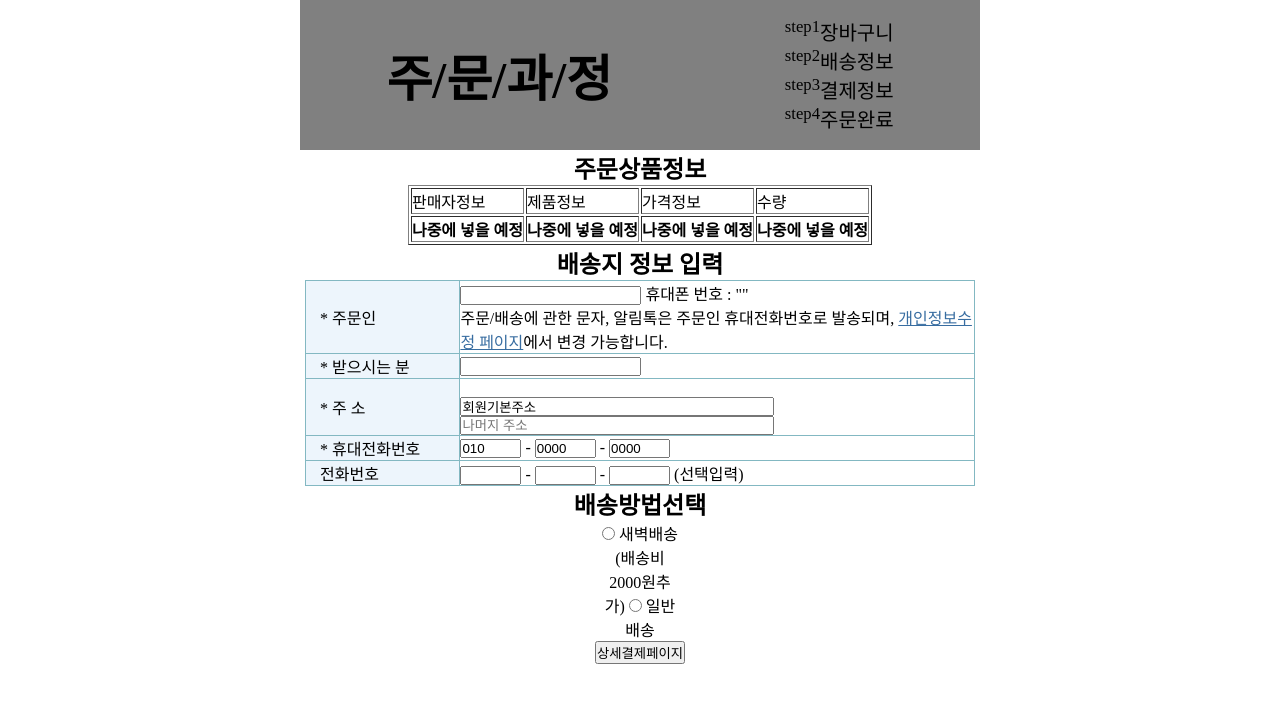
Repository: kym-1000/book
Page: http://localhost/book/WEB-INF/views/cart/ShippingInformation.jsp
The author's editor kept a copy of each file at every save. The page is drawn from the files as they stood at one save, then again after the next save.
The browser window is 1280 px wide. The pictures show the whole page.
The page is served by Tomcat 9. Nobody is signed in. Other server files are loaded and not shown. The template is opened directly, without the code that normally fills it, so the values that code supplies are empty.

Above is the page before, as saved 2023-01-03 07:10:43.

### book/book/src/main/webapp/WEB-INF/views/cart/ShippingInformation.jsp
<%@ page language="java" contentType="text/html; charset=UTF-8"
    pageEncoding="UTF-8"%>
<%@ taglib uri="http://java.sun.com/jsp/jstl/core" prefix="c" %>

<!DOCTYPE html>
<html>
<head>
<meta charset="UTF-8">
<title>Insert title here</title>
<style type="text/css">


	*{
		margin: auto;
		padding: 0;
		}

	#productinfo{
		margin-left: 150px;
		margin-right: 150px;
		display : flex;
		align-items : center;
		}

	#DefaultAddr{
		margin-left: 150px;
		margin-right: 150px;
		display : flex;
		align-items : center;
		}

	#productprice{
		margin-left: 600px;
		margin-right: 600px;
		display : flex;
		align-items : center;
		border: 1 solid;
		text-align: center;
	}

	#btn{
		text-align: center;
		align-items : center;
		display : flex;
	}



</style>
</head>
<body>


<jsp:include page="../cart/cartheader.jsp"></jsp:include>

		<h2 style="text-align: center;">
			주문상품정보
		</h2>

	<div id="productinfo">
		<table border="1">
			<tr>
				<td>판매자정보</td>
				<td>제품정보</td>
				<td>가격정보</td>
				<td>수량</td>
			</tr>
			<tr>
				<th>나중에 넣을 예정</td>
				<th>나중에 넣을 예정</td>
				<th>나중에 넣을 예정</td>
				<th>나중에 넣을 예정</td>
			</tr>
		</table>
	</div>

	<h2 style="text-align: center;">배송지 정보 입력</h2>

	<form action="/cart/pay?mn=1" method="post">

		<div id="DefaultAddr">
			<table id="Table1" cellspacing="1" cellpadding="3" width="670" bgcolor="#83b8c2" border="0" align="center">
				<tbody>
				<tr>
					<td  bgcolor="#edf5fc" style="padding-left:14px; text-align: left; width: 23%"><span class="warning">* </span>주문인</td>
					<td bgcolor="#ffffff">
						<input type="text" name="OrdererName" class="form" value="${mvo.mem_id}" maxlength="20">

						 휴대폰 번호 : "${mvo.mem_cell_num}" <br>주문/배송에 관한 문자, 알림톡은 주문인 휴대전화번호로 발송되며,  <a style="color:#386da1" href="#" target="_blank">개인정보수정 페이지</a>에서 변경 가능합니다.

					</td>
				</tr>
				<tr>
					<td bgcolor="#edf5fc" style="padding-left:14px; text-align: left; width: 23%"><span class="warning">* </span>받으시는 분</td>
					<td bgcolor="#ffffff"><input class="form" type="text" maxlength="20" value="${mvo.mem_id}" name="ReceiverName">

					</td>
				</tr>

				<tr>
					<td bgcolor="#edf5fc" style="padding-left:14px; text-align: left; width: 23%"><span class="warning">*</span>
						주 소</td>
					<td bgcolor="#ffffff">

							<br>
							<input type="text" id="Address1" name="Address1" class="form" style="width:310px" maxlength="50" readonly="readonly" value="회원기본주소">
							<br>
							<input type="text" id="Address2" name="Address2" class="form" style="width:310px" maxlength="100" value="" placeholder="나머지 주소">

					</td>
				</tr>
				<tr>
					<td bgcolor="#edf5fc" style="padding-left:14px; text-align: left; width: 23%"><span class="warning">* </span>휴대전화번호</td>
					<td bgcolor="#ffffff">
					<input class="form" type="text" maxlength="4" size="5" name="Hp1" value="010"> -
					 <input class="form" type="text" maxlength="4" size="5" name="Hp2" value="0000"> -
					  <input class="form" type="text" maxlength="4" size="5" name="Hp3" value="0000">


					</td>
				</tr>
				<tr>
					<td bgcolor="#edf5fc" style="padding-left:14px; text-align: left; width: 23%">
						전화번호</td>
					<td bgcolor="#ffffff">
					<input class="form" type="text" maxlength="4" size="5" name="Tel1" value=""> -
					 <input class="form" type="text" maxlength="4" size="5" name="Tel2" value=""> -
					  <input class="form" type="text" maxlength="4" size="5" name="Tel3" value=""> (선택입력)</td>
				</tr>
				</tbody></table>
		</div>

		<h2 style="text-align: center;">배송방법선택</h2>

		<div id="productprice" style="text-align: center;">
			<fieldset style="border: none;">
			  <label>
			    <input type="radio" name="contact" value="dawn" />
			    <span>새벽배송(배송비2000원추가)</span>
			  </label>

			  <label>
			    <input type="radio" name="contact" value="normal" />
			    <span>일반배송</span>
			  </label>
			</fieldset>

		</div>

		<button type="submit" id="btn" >상세결제페이지</button>

		</form>



</body>
</html>

### book/book/src/main/webapp/WEB-INF/views/cart/cartheader.jsp
<%@ page language="java" contentType="text/html; charset=UTF-8"
    pageEncoding="UTF-8"%>
<%@ taglib uri="http://java.sun.com/jsp/jstl/core" prefix="c" %>
<!DOCTYPE html>
<html>
<head>
<meta charset="UTF-8">
<title>Insert title here</title>
<style type="text/css">

	#pagetop{
		margin-left: 300px;
		margin-right: 300px;
	    background-color: grey;
	    font-size: 20px;
		height: 150px;
		display : flex;
	  	/* justify-content : center; */
	  	align-items : center;
	}

</style>
</head>
<body>

	<div id="pagetop">
		<h2 style="text-align: left; font-size: 50px">
			주/문/과/정
		</h2>
		<div style="text-align: right;">

		<c:choose >
		<c:when test="${msg eq 1}">
		<div style="color: red">
		<sup>step1</sup>장바구니
		</div>
		</c:when>
		<c:otherwise>
		<div>
		<sup>step1</sup>장바구니
		</div>
		</c:otherwise>
		</c:choose>

		<c:choose>
		<c:when test="${msg eq 2}">
		<div style="color: red">
		<sup>step2</sup>배송정보
		</div>
		</c:when>
		<c:otherwise>
		<div>
		<sup>step2</sup>배송정보
		</div>
		</c:otherwise>
		</c:choose>

		<c:choose>
		<c:when test="${msg eq 3}">
		<div style="color: red">
		<sup>step3</sup>결제정보
		</div>
		</c:when>
		<c:otherwise>
		<div>
		<sup>step3</sup>결제정보
		</div>
		</c:otherwise>
		</c:choose>

		<c:choose>
		<c:when test="${msg eq 4}">
		<div style="color: red">
		<sup>step4</sup>주문완료
		</div>
		</c:when>
		<c:otherwise>
		<div>
		<sup>step4</sup>주문완료
		</div>
		</c:otherwise>
		</c:choose>

		</div>
	</div>

</body>
</html>

After the next save:
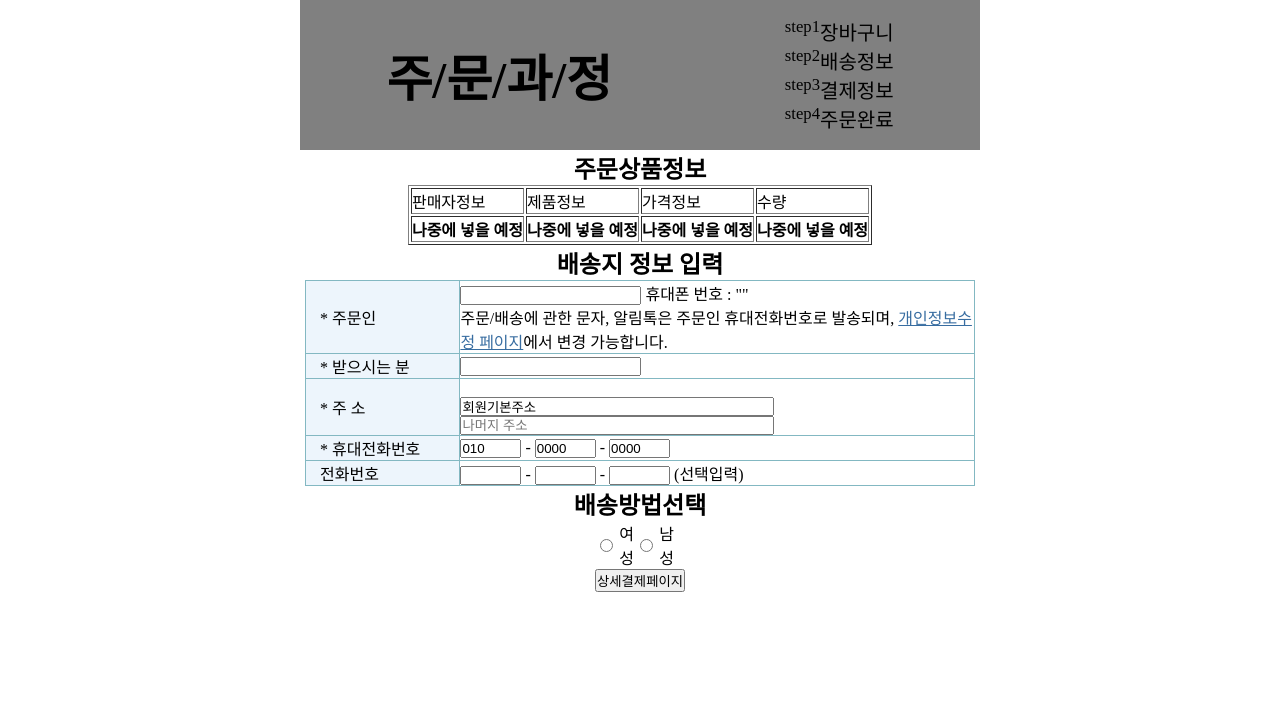
Saved 5 min 55 s later.
--- a/book/book/src/main/webapp/WEB-INF/views/cart/ShippingInformation.jsp
+++ b/book/book/src/main/webapp/WEB-INF/views/cart/ShippingInformation.jsp
@@ -133,17 +133,15 @@
 		<h2 style="text-align: center;">배송방법선택</h2>
 
 		<div id="productprice" style="text-align: center;">
-			<fieldset style="border: none;">
-			  <label>
-			    <input type="radio" name="contact" value="dawn" />
-			    <span>새벽배송(배송비2000원추가)</span>
-			  </label>
-
-			  <label>
-			    <input type="radio" name="contact" value="normal" />
-			    <span>일반배송</span>
-			  </label>
-			</fieldset>
+			<input type='radio'
+       name='gender'
+       value='female'
+       onclick='getGender(event)'/>여성
+<input type='radio'
+       name='gender'
+       value='male'
+       onclick='getGender(event)'/>남성
+<div id='result'></div>
 
 		</div>
 
